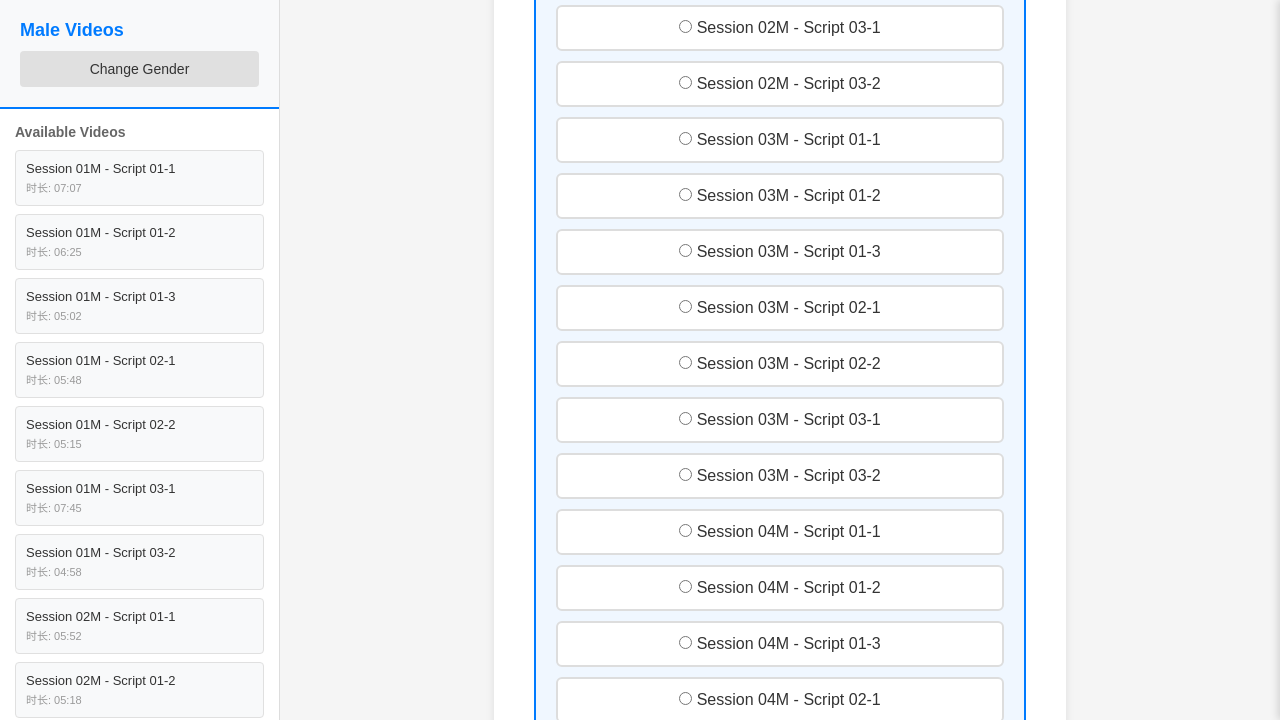
Repository: Matsuyou-Wang/MPES-system
Page: annotation.html
These files come from the project's save history. The page is drawn as it stood at one moment and after the next save; the edit follows.
The browser window is 1280 px wide. The pictures show the whole page.
An inner scrolling area shows only its first screen.

Above is the page before, as saved 2025-11-25 00:14:42.

### annotation.html
<!DOCTYPE html>
<html lang="en">
<head>
    <meta charset="UTF-8">
    <meta name="viewport" content="width=device-width, initial-scale=1.0">
    <title>Annotation System - Video Rating</title>
    <link rel="stylesheet" href="styles.css">
</head>
<body>
    <div class="container">
        <!-- Sidebar: Video Library -->
        <aside class="sidebar">
            <div class="sidebar-header">
                <h2 id="genderTitle">Video Library</h2>
                <button id="changeGenderBtn" class="btn btn-secondary" style="margin-top: 10px; width: 100%;">Change Gender</button>
            </div>
            <div class="video-library">
                <h3>Available Videos</h3>
                <ul id="videoList" class="video-list">
                    <!-- Videos loaded dynamically -->
                </ul>
            </div>
        </aside>

        <!-- Main Content Area -->
        <main class="main-content">
            <!-- Initial Selection View -->
            <div id="selectionView" class="view active">
                <div class="welcome-box">
                    <h1>Video Annotation System</h1>
                    <p>Please select a video from the library on the left to start annotating</p>

                    <div class="video-selection-panel">
                        <h3>Quick Select Video</h3>
                        <div id="quickVideoList" class="quick-video-list">
                            <!-- Videos loaded dynamically here -->
                        </div>
                        <button id="startBtn" class="btn btn-primary" disabled>Start Annotation</button>
                    </div>

                    <div class="info-box">
                        <h3>Annotation Instructions</h3>
                        <ul>
                            <li>The video will pause automatically at key points</li>
                            <li>You will need to fill out a rating form for each segment</li>
                            <li>Rate empathy on 9 dimensions using a 7-point scale</li>
                            <li>After completion, you can continue playing or modify previous ratings</li>
                        </ul>
                    </div>
                </div>
            </div>

            <!-- Video Playing and Annotation View -->
            <div id="annotationView" class="view">
                <!-- Center: Video Player -->
                <div class="annotation-center-panel">
                    <div class="video-player-container">
                        <video id="videoPlayer" class="video-player">
                            <source src="" type="video/mp4">
                            Your browser does not support video playback
                        </video>
                        <div class="video-controls">
                            <button id="playBtn" class="control-btn">Play</button>
                            <button id="pauseBtn" class="control-btn">Pause</button>
                            <span id="currentTime" class="time-display">00:00</span>
                            <span class="time-separator">/</span>
                            <span id="duration" class="time-display">00:00</span>
                            <div class="progress-bar">
                                <div id="progress" class="progress-fill"></div>
                            </div>
                        </div>
                    </div>
                </div>

                <!-- Right: Annotation History Panel -->
                <div class="annotation-right-panel">
                    <h3>Annotation Progress</h3>
                    <div id="historyList" class="history-list">
                        <!-- Annotation records added dynamically -->
                    </div>
                </div>
            </div>
        </main>
    </div>

    <!-- Annotation Questionnaire Modal -->
    <div id="annotationModal" class="modal">
        <div class="modal-content">
            <div class="modal-header">
                <h2>Annotation Form</h2>
                <span class="close-btn">&times;</span>
            </div>

            <div class="modal-body">
                <div class="timestamp-info">
                    <p>Video time: <span id="modalTimestamp">00:00</span></p>
                </div>

                <!-- Dialog Text Display -->
                <div class="dialog-section">
                    <h3 id="dialogTitle">Conversation Context</h3>

                    <!-- Context Video Player -->
                    <div class="context-video-container">
                        <video id="contextVideo" class="context-video" controls>
                            <source id="contextVideoSource" src="" type="video/mp4">
                            Your browser does not support the video tag.
                        </video>
                        <div class="context-video-controls">
                            <button id="replayContextBtn" class="replay-btn">
                                Replay Dialog Context
                            </button>
                            <span id="contextTimeRange" class="time-range"></span>
                        </div>
                    </div>

                    <div class="dialog-texts">
                        <div class="speaker-text">
                            <h4>First Speaker:</h4>
                            <p id="firstSpeakerText" class="dialog-text"></p>
                        </div>
                        <div class="speaker-text">
                            <h4 id="evaluatingLabel">Second Speaker (Being Evaluated):</h4>
                            <p id="secondSpeakerText" class="dialog-text"></p>
                        </div>
                    </div>
                    <div class="evaluation-note">
                        <p><em>Please rate how empathetic the <span id="evaluatedSpeaker">second speaker</span> is toward the first speaker.</em></p>
                    </div>
                </div>

                <!-- Empathy Assessment Section -->
                <div class="scale-section">
                    <p class="section-description">Please rate the second speaker on each dimension below on a scale from 1 (Not at all) to 7 (Extensively).</p>

                    <!-- Question 1: Concern -->
                    <div class="empathy-question compact">
                        <p><span class="question-number">1.</span> The second speaker shows genuine concern and interest in the first speaker's situation and well-being.</p>
                        <div class="slider-container compact">
                            <span class="slider-label">1</span>
                            <input type="range" name="concern" min="1" max="7" value="4" class="empathy-slider" data-question="concern">
                            <span class="slider-label">7</span>
                            <span class="slider-value" id="concern-value">4</span>
                        </div>
                    </div>

                    <!-- Question 2: Expressiveness -->
                    <div class="empathy-question compact">
                        <p><span class="question-number">2.</span> The second speaker uses vocal tone, energy, and pacing that fit the first speaker's emotional state.</p>
                        <div class="slider-container compact">
                            <span class="slider-label">1</span>
                            <input type="range" name="expressiveness" min="1" max="7" value="4" class="empathy-slider" data-question="expressiveness">
                            <span class="slider-label">7</span>
                            <span class="slider-value" id="expressiveness-value">4</span>
                        </div>
                    </div>

                    <!-- Question 3: Emotional Resonance -->
                    <div class="empathy-question compact">
                        <p><span class="question-number">3.</span> The second speaker sensitively reflects the intensity of the first speaker's emotions.</p>
                        <div class="slider-container compact">
                            <span class="slider-label">1</span>
                            <input type="range" name="emotional_resonance" min="1" max="7" value="4" class="empathy-slider" data-question="emotional_resonance">
                            <span class="slider-label">7</span>
                            <span class="slider-value" id="emotional_resonance-value">4</span>
                        </div>
                    </div>

                    <!-- Question 4: Warmth -->
                    <div class="empathy-question compact">
                        <p><span class="question-number">4.</span> The second speaker speaks in a warm, sincere, and supportive manner toward the first speaker.</p>
                        <div class="slider-container compact">
                            <span class="slider-label">1</span>
                            <input type="range" name="warmth" min="1" max="7" value="4" class="empathy-slider" data-question="warmth">
                            <span class="slider-label">7</span>
                            <span class="slider-value" id="warmth-value">4</span>
                        </div>
                    </div>

                    <!-- Question 5: Attunement -->
                    <div class="empathy-question compact">
                        <p><span class="question-number">5.</span> The second speaker notices and responds to subtle changes in the first speaker's mood, meaning, or emotional cues.</p>
                        <div class="slider-container compact">
                            <span class="slider-label">1</span>
                            <input type="range" name="attunement" min="1" max="7" value="4" class="empathy-slider" data-question="attunement">
                            <span class="slider-label">7</span>
                            <span class="slider-value" id="attunement-value">4</span>
                        </div>
                    </div>

                    <!-- Question 6: Cognitive Understanding -->
                    <div class="empathy-question compact">
                        <p><span class="question-number">6.</span> The second speaker accurately understands what the first speaker is thinking and restates it clearly and without distortion.</p>
                        <div class="slider-container compact">
                            <span class="slider-label">1</span>
                            <input type="range" name="cognitive_understanding" min="1" max="7" value="4" class="empathy-slider" data-question="cognitive_understanding">
                            <span class="slider-label">7</span>
                            <span class="slider-value" id="cognitive_understanding-value">4</span>
                        </div>
                    </div>

                    <!-- Question 7: Understanding of Feelings -->
                    <div class="empathy-question compact">
                        <p><span class="question-number">7.</span> The second speaker demonstrates an accurate understanding of the first speaker's emotions and inner experiences.</p>
                        <div class="slider-container compact">
                            <span class="slider-label">1</span>
                            <input type="range" name="understanding_feelings" min="1" max="7" value="4" class="empathy-slider" data-question="understanding_feelings">
                            <span class="slider-label">7</span>
                            <span class="slider-value" id="understanding_feelings-value">4</span>
                        </div>
                    </div>

                    <!-- Question 8: Acceptance -->
                    <div class="empathy-question compact">
                        <p><span class="question-number">8.</span> The second speaker validates the first speaker's emotions without judging, dismissing, or minimizing them.</p>
                        <div class="slider-container compact">
                            <span class="slider-label">1</span>
                            <input type="range" name="acceptance" min="1" max="7" value="4" class="empathy-slider" data-question="acceptance">
                            <span class="slider-label">7</span>
                            <span class="slider-value" id="acceptance-value">4</span>
                        </div>
                    </div>

                    <!-- Question 9: Responsiveness -->
                    <div class="empathy-question compact">
                        <p><span class="question-number">9.</span> The second speaker adapts replies in real time according to what the first speaker says, rather than pushing a fixed agenda.</p>
                        <div class="slider-container compact">
                            <span class="slider-label">1</span>
                            <input type="range" name="responsiveness" min="1" max="7" value="4" class="empathy-slider" data-question="responsiveness">
                            <span class="slider-label">7</span>
                            <span class="slider-value" id="responsiveness-value">4</span>
                        </div>
                    </div>
                </div>
            </div>

            <div class="modal-footer">
                <button id="clearBtn" class="btn btn-secondary">Clear</button>
                <button id="confirmBtn" class="btn btn-primary">Confirm</button>
            </div>
        </div>
    </div>

    <!-- Edit Panel -->
    <div id="editPanel" class="edit-panel hidden">
        <div class="edit-panel-header">
            <h3>Edit Annotation</h3>
            <button class="close-edit-panel">&times;</button>
        </div>
        <div id="editList" class="edit-list">
            <!-- Edit items generated dynamically -->
        </div>
    </div>

    <script src="data/videos-extended.js"></script>
    <script src="data/annotation-config.js"></script>
    <script src="data/dialog-data.js"></script>
    <script src="js/data-manager.js"></script>
    <script src="js/app.js"></script>
    <script src="js/tester.js"></script>
    <script>
        // 性别选择功能
        function goBack() {
            window.location.href = 'gender-selection.html';
        }

        // 获取URL参数
        function getUrlParameter(name) {
            name = name.replace(/[\[]/, '\\[').replace(/[\]]/, '\\]');
            var regex = new RegExp('[\\?&]' + name + '=([^&#]*)');
            var results = regex.exec(location.search);
            return results === null ? '' : decodeURIComponent(results[1].replace(/\+/g, ' '));
        }

        // 根据性别加载视频
        window.addEventListener('DOMContentLoaded', function() {
            const selectedGender = getUrlParameter('gender') || localStorage.getItem('selectedGender') || 'male';

            if (typeof ALL_VIDEOS !== 'undefined') {
                // 更新标题
                const genderTitle = document.getElementById('genderTitle');
                if (genderTitle) {
                    genderTitle.textContent = selectedGender === 'male' ? 'Male Videos' : 'Female Videos';
                }

                // 根据性别加载对应的视频
                if (selectedGender === 'male' && ALL_VIDEOS.male) {
                    window.videos = ALL_VIDEOS.male;
                } else if (selectedGender === 'female' && ALL_VIDEOS.female) {
                    window.videos = ALL_VIDEOS.female;
                } else {
                    // 默认使用男性视频
                    window.videos = ALL_VIDEOS.male || [];
                }

                // 存储当前选择
                localStorage.setItem('selectedGender', selectedGender);
            }

            // 初始化注释系统
            try {
                console.log('正在初始化注释系统...');
                if (typeof AnnotationSystem !== 'undefined') {
                    window.annotationSystem = new AnnotationSystem();
                    console.log('注释系统初始化成功');
                } else {
                    console.error('AnnotationSystem 类未找到');
                }
            } catch (error) {
                console.error('初始化注释系统时出错:', error);
            }

            // 绑定Change Gender按钮事件
            const changeGenderBtn = document.getElementById('changeGenderBtn');
            if (changeGenderBtn) {
                changeGenderBtn.addEventListener('click', goBack);
                console.log('Change Gender 按钮事件已绑定');
            } else {
                console.error('找不到Change Gender按钮');
            }
        });
    </script>
</body>
</html>

Loaded but not shown: data/dialog-data.js (2618 lines, source omitted); js/app.js (642 lines, source omitted); data/videos-extended.js (111 lines, source omitted); js/tester.js (194 lines, source omitted); js/data-manager.js (174 lines, source omitted); data/annotation-config.js (50 lines, source omitted); styles.css (1113 lines, source omitted)

After the next save:
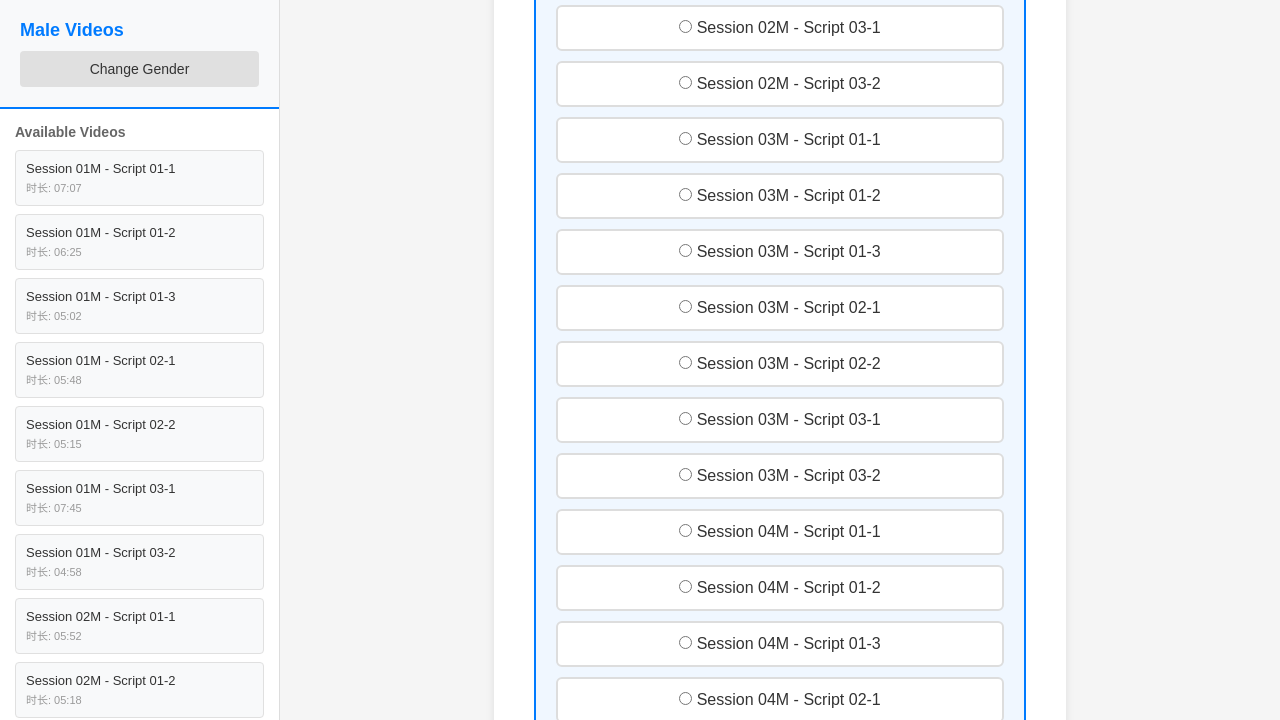
Saved 7 min 50 s later.
--- a/annotation.html
+++ b/annotation.html
@@ -130,41 +130,66 @@
                 </div>
 
                 <!-- Empathy Assessment Section -->
-                <div class="scale-section">
-                    <p class="section-description">Please rate the second speaker on each dimension below on a scale from 1 (Not at all) to 7 (Extensively).</p>
-
-                    <!-- Question 1: Concern -->
-                    <div class="empathy-question compact">
-                        <p><span class="question-number">1.</span> The second speaker shows genuine concern and interest in the first speaker's situation and well-being.</p>
-                        <div class="slider-container compact">
-                            <span class="slider-label">1</span>
-                            <input type="range" name="concern" min="1" max="7" value="4" class="empathy-slider" data-question="concern">
-                            <span class="slider-label">7</span>
-                            <span class="slider-value" id="concern-value">4</span>
-                        </div>
-                    </div>
-
-                    <!-- Question 2: Expressiveness -->
-                    <div class="empathy-question compact">
-                        <p><span class="question-number">2.</span> The second speaker uses vocal tone, energy, and pacing that fit the first speaker's emotional state.</p>
-                        <div class="slider-container compact">
-                            <span class="slider-label">1</span>
-                            <input type="range" name="expressiveness" min="1" max="7" value="4" class="empathy-slider" data-question="expressiveness">
-                            <span class="slider-label">7</span>
-                            <span class="slider-value" id="expressiveness-value">4</span>
-                        </div>
-                    </div>
-
-                    <!-- Question 3: Emotional Resonance -->
-                    <div class="empathy-question compact">
-                        <p><span class="question-number">3.</span> The second speaker sensitively reflects the intensity of the first speaker's emotions.</p>
-                        <div class="slider-container compact">
-                            <span class="slider-label">1</span>
-                            <input type="range" name="emotional_resonance" min="1" max="7" value="4" class="empathy-slider" data-question="emotional_resonance">
-                            <span class="slider-label">7</span>
-                            <span class="slider-value" id="emotional_resonance-value">4</span>
-                        </div>
-                    </div>
+                <div class="empathy-assessment">
+                    <div class="assessment-header">
+                        <h3>Empathy Evaluation</h3>
+                        <p class="assessment-subtitle">Rate the second speaker on each dimension (1 = Not at all, 7 = Extensively)</p>
+                    </div>
+
+                    <div class="empathy-grid">
+                        <!-- Question 1: Concern -->
+                        <div class="empathy-card">
+                            <div class="empathy-header">
+                                <span class="empathy-number">1</span>
+                                <h4 class="empathy-title">Concern</h4>
+                            </div>
+                            <p class="empathy-description">Shows genuine concern and interest in the first speaker's situation and well-being</p>
+                            <div class="empathy-slider-wrapper">
+                                <input type="range" name="concern" min="1" max="7" value="4" class="empathy-range" data-question="concern">
+                                <div class="slider-track">
+                                    <div class="slider-labels">
+                                        <span>1</span><span>2</span><span>3</span><span>4</span><span>5</span><span>6</span><span>7</span>
+                                    </div>
+                                </div>
+                                <div class="empathy-value" id="concern-value">4</div>
+                            </div>
+                        </div>
+
+                        <!-- Question 2: Expressiveness -->
+                        <div class="empathy-card">
+                            <div class="empathy-header">
+                                <span class="empathy-number">2</span>
+                                <h4 class="empathy-title">Expressiveness</h4>
+                            </div>
+                            <p class="empathy-description">Uses vocal tone, energy, and pacing that fit the first speaker's emotional state</p>
+                            <div class="empathy-slider-wrapper">
+                                <input type="range" name="expressiveness" min="1" max="7" value="4" class="empathy-range" data-question="expressiveness">
+                                <div class="slider-track">
+                                    <div class="slider-labels">
+                                        <span>1</span><span>2</span><span>3</span><span>4</span><span>5</span><span>6</span><span>7</span>
+                                    </div>
+                                </div>
+                                <div class="empathy-value" id="expressiveness-value">4</div>
+                            </div>
+                        </div>
+
+                        <!-- Question 3: Emotional Resonance -->
+                        <div class="empathy-card">
+                            <div class="empathy-header">
+                                <span class="empathy-number">3</span>
+                                <h4 class="empathy-title">Emotional Resonance</h4>
+                            </div>
+                            <p class="empathy-description">Sensitively reflects the intensity of the first speaker's emotions</p>
+                            <div class="empathy-slider-wrapper">
+                                <input type="range" name="emotional_resonance" min="1" max="7" value="4" class="empathy-range" data-question="emotional_resonance">
+                                <div class="slider-track">
+                                    <div class="slider-labels">
+                                        <span>1</span><span>2</span><span>3</span><span>4</span><span>5</span><span>6</span><span>7</span>
+                                    </div>
+                                </div>
+                                <div class="empathy-value" id="emotional_resonance-value">4</div>
+                            </div>
+                        </div>
 
                     <!-- Question 4: Warmth -->
                     <div class="empathy-question compact">
